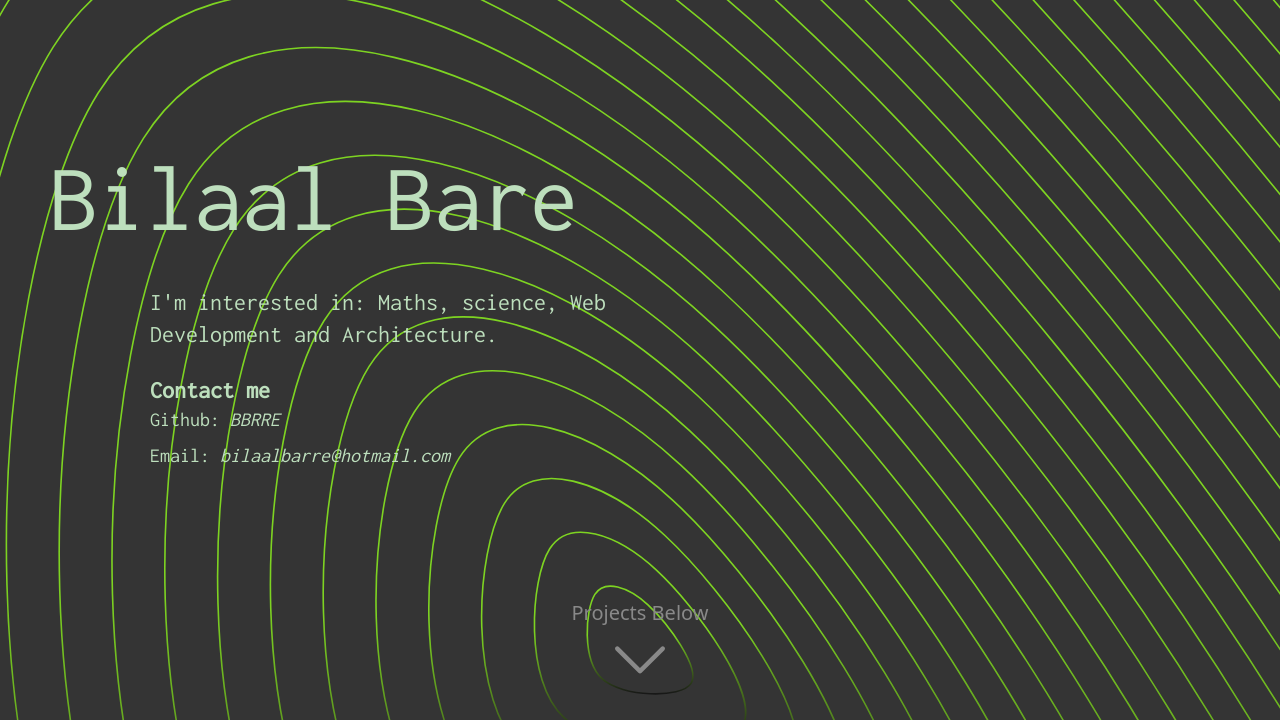
Repository: BBRRE/Portfolio-V2
Page: /#/
An editor plug-in stored every save of this project. The page is shown before and after the next save, followed by the edit.
The browser window is 1280 px wide. The pictures show the whole page.
Pictures or frames that could not be fetched are drawn as grey boxes. An inner scrolling area shows only its first screen. Some web fonts or font styles are not loaded; a fallback is used. The project was rebuilt for these pictures with package versions that can differ from the ones it lists, and the page was loaded fresh each time. Also part of the build but not shown: vite.config.js, src/Subjects/Archi.jsx, src/Subjects/CompSci.jsx, src/Subjects/EEng.jsx, src/Subjects/Other.jsx, src/ErrorBoundary.jsx.

Above is the page before, as saved 2024-11-14 17:56:37.

### index.html
<!doctype html>
<html lang="en">
  <head>
    <meta charset="UTF-8" />
    <link rel="icon" type="image/svg+xml" href="src\assets\letter-bb.svg" />
    <link href="https://fonts.googleapis.com/css2?family=Inconsolata&family=Italiana&family=Hubballi&family=Julius+Sans+One&display=swap" rel="stylesheet">
    <link rel="preconnect" href="https://fonts.googleapis.com" />
<link rel="preconnect" href="https://fonts.gstatic.com" crossorigin />
<link
  rel="stylesheet"
  href="https://fonts.googleapis.com/css2?family=Roboto:wght@300;400;500;700&display=swap"
/>
<link
  rel="stylesheet"
  href="https://fonts.googleapis.com/icon?family=Material+Icons"
/>

    <meta name="viewport" content="width=device-width, initial-scale=1.0" />
    <title>Bilaal Bare</title>
  </head>
  <body>
    <div id="root"></div>
    <script type="module" src="/src/main.jsx"></script>
  </body>
</html>

### src/main.jsx
import React from 'react'
import ReactDOM from 'react-dom/client'
import App from './App'
import ErrorBoundary from './ErrorBoundary'
import './index.css'

ReactDOM.createRoot(document.getElementById('root')).render(
  <React.StrictMode>
    <ErrorBoundary>
      <App />
    </ErrorBoundary>
  </React.StrictMode>
)

### src/App.jsx
import { HashRouter as Router, Routes, Route } from 'react-router-dom';
import Archi from './Subjects/Archi.jsx'
import CompSci from './Subjects/CompSci.jsx'
import EEng from './Subjects/EEng.jsx'
import Other from './Subjects/Other.jsx'
import { HomePage } from './HomePage'
import { useState, useEffect } from 'react'

function App() {
  useEffect(() => {
    console.log('App component mounted')
  }, [])

  return (
    <Router>
        <Routes>
          <Route path="/" element={<HomePage />} />
          <Route path="/Architecture" element={<Archi />} />
          <Route path="/Electronic-Eng" element={<EEng />} />
          <Route path="/Computer-Sci" element={<CompSci />} />
          <Route path="/Other" element={<Other />} />
        </Routes>
    </Router>
  )
}

export default App

### src/index.css
@tailwind base;
@tailwind components;
@tailwind utilities;

@layer utilities {
  .bg-dot-pattern {
    background-image: radial-gradient(circle, rgba(0, 0, 0, 0.2) 1px, transparent 1px);
    background-size: 50px 50px; /* Adjust the spacing here */
  }
}

### src/HomePage.jsx
import React from 'react'
import ProjectsOverview from './Projects Overview';
import arrow from "./assets/down-arrow-svgrepo-com.svg";
import wrd from "./assets/uuundulate.svg"

export const HomePage = () => {
  return (
    <div className='h-screen w-full overflow-y-scroll snap-y snap-mandatory '>
      <div className='snap-start'>
        <div className='flex flex-col w-full h-screen snap-center relative overflow-hidden text-[#bddfbd]'>
          <img
            src={wrd}
            alt="Background wave"
            className='absolute scale-x-[-1]  md:right-0 top-0 w-full -z-10 md:w-auto'
          />

          <div className='px-4 md:px-0'>
            <h1 className='font-inconsolata text-4xl md:text-8xl mt-24 md:mt-[150px] md:ml-[50px] z-10'>
              Bilaal Bare
            </h1>

            <p className='font-inconsolata text-lg md:text-2xl w-full md:w-[500px] md:ml-[150px] mt-4 md:mt-[40px] mb-6 z-10'>
              I'm interested in: Maths, science, Web Development and Architecture.

            </p>

            <div className='ml-4 md:ml-[150px] z-10'>
              <h2 className='font-inconsolata text-xl md:text-2xl font-bold'>Contact me</h2>
              <ul className='font-inconsolata text-base md:text-xl space-y-2'>
                <li>
                  Github: <a
                    className='italic hover:text-blue-600 transition-colors'
                    href="https://github.com/BBRRE"
                    target="_blank"
                    rel="noopener noreferrer"
                  >
                    BBRRE
                  </a>
                </li>
                <li>
                  Email: <a
                    className='italic hover:text-blue-600 transition-colors'
                    href="mailto:bilaalbarre@hotmail.com?subject=Email from Portfolio"
                  >
                    bilaalbarre@hotmail.com
                  </a>
                </li>
              </ul>
            </div>
          </div>

          <div className='flex flex-col mt-auto mb-8 animate-bounce'>
            <h3 className='mx-auto text-lg md:text-xl mb-2 text-[#898989]'>
              Projects Below
            </h3>
            <img
              src={arrow}
              alt="Scroll down arrow"
              className='w-8 md:w-[50px] mt-auto mx-auto'
            />
          </div>
        </div>
      </div>

      <div className='snap-start'>
        <ProjectsOverview />
      </div>
    </div>
  )
}

export default HomePage;

### src/Projects Overview.jsx
import React, { useState } from 'react';
import { useNavigate } from 'react-router-dom';
import archi from "./assets/arch.jpg";
import eeng from "./assets/Schematics.png";
import compsci from "./assets/code.png";
import other from "./assets/ffflux.svg";

const projects = [
    { image: archi, title: "Architecture", alt: "Architecture", font: 'italiana', color: '#F9F7F0' },
    { image: eeng, title: "Electronic-Eng", alt: 'Hardware' , font: 'hubballi', color: '#e5fbe8' },
    { image: compsci, title: "Computer-Sci", alt: 'Front-End', font: 'julius', color: '#B5C0B7' },
    { image: other, title: "Other", alt: "Other", font: 'inconsolata', color: '#F7F0D7' },
];

const ProjectsOverview = () => {
    const [activeIndex, setActiveIndex] = useState(null);
    const [transitioning, setTransitioning] = useState(false);
    const navigate = useNavigate();

    const handleClick = (index, subject) => {
        setActiveIndex(index);
        setTransitioning(true);

        // Navigate after animation completes
        setTimeout(() => {
            navigate(subject);
        }, 900); // Match this with your transition duration
    };

    return (
        <div className="flex flex-col w-full h-[100vh] bg-[#343434] snap-center overflow-hidden">
            {projects.map((project, index) => (
                <div
                    onClick={() => handleClick(index, project.title)}
                    key={index}
                    style={{
                        backgroundColor: project.color,
                        transition: 'all 0.7s cubic-bezier(0.4, 0, 0.2, 1)',
                        flex: transitioning
                            ? activeIndex === index ? '1 0 100%' : '0 0 0%'
                            : '1 0 25%'
                    }}
                    className={`
                        relative
                        group
                        flex
                        items-center
                        overflow-hidden
                    `}
                >
                    <img
                        src={project.image}
                        alt={project.title}
                        className={`
                            absolute
                            top-0
                            w-full
                            h-[120%]
                            object-cover
                            transition-all
                            duration-1000
                            ease-out
                            ${project.title === "Other"
                                ? "group-hover:-hue-rotate-30"
                                : "group-hover:top-[-20%]"
                            }
                            ${transitioning && activeIndex === index
                                ? "opacity-0 delay-300 duration-150  ease-in"
                                : ""
                            }
                        `}
                    />
                    <h1
                    style={{ fontFamily: project.font }}
                        className={`
                            2xl:text-9xl
                            xl:text-7xl
                            md:text-7xl
                            text-5xl
                            ml-[5%]
                            z-10
                            transition-opacity
                            duration-75
                            ${transitioning && activeIndex === index
                                ? "opacity-0"
                                : "opacity-100"
                            }
                        `}
                    >
                        {project.alt}
                    </h1>
                </div>
            ))}
        </div>
    );
}

export default ProjectsOverview;

### tailwind.config.js
/** @type {import('tailwindcss').Config} */
export default {
    darkMode: ["class"],
    content: ["index.css",
  "./src/**/*.{js,ts,jsx,tsx}",],
  theme: {
  	extend: {
  		backgroundImage: {
  			noise: "url('/src/assets/nnnoise.svg')",
  			undulate: "url('/src/assets/uuundulate.svg')"
  		},
  		fontFamily: {
  			inconsolata: ['Inconsolata', 'monospace'],
  			italiana: ['Italiana', 'serif'],
  			hubballi: ['Hubballi', 'cursive'],
  			julius: ['Julius Sans One"', 'sans-serif']
  		},
      keyframes: {
        fadeIn: {
          '0%': { opacity: '0' },
          '100%': { opacity: '1' },
        },
      }
  	}
  }
}

After the next save:
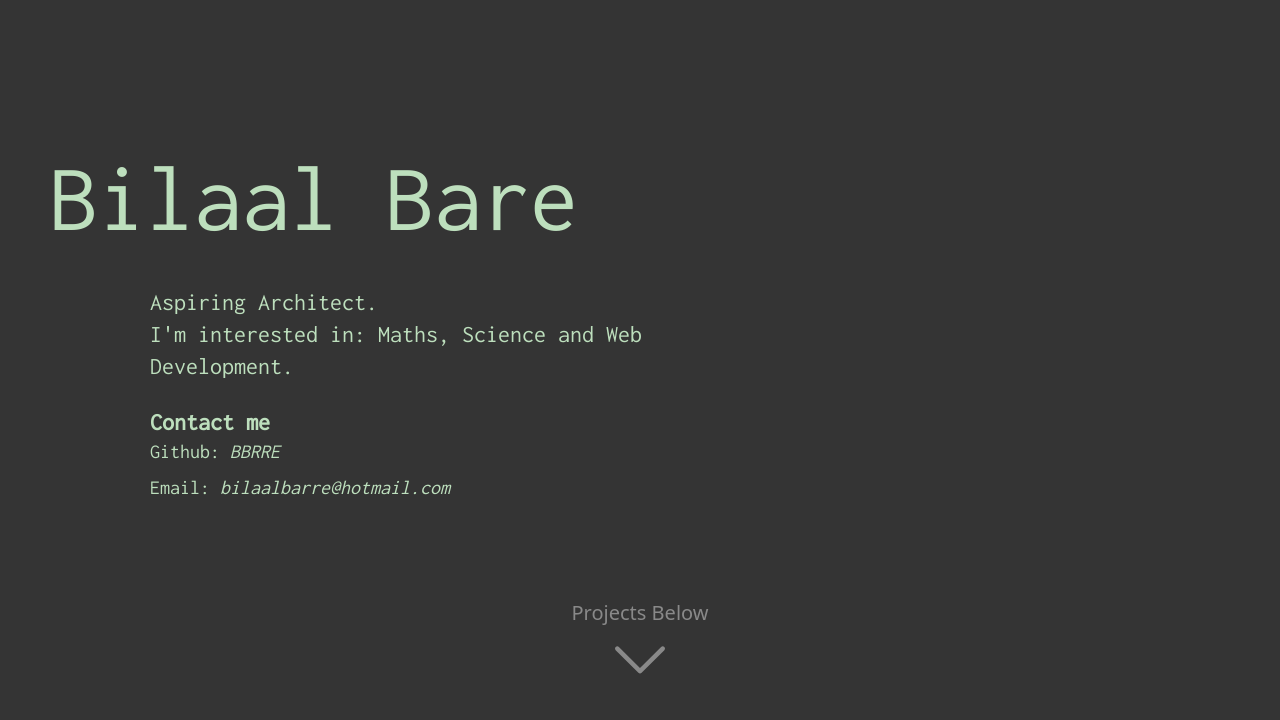
Saved 12 days later.
--- a/src/HomePage.jsx
+++ b/src/HomePage.jsx
@@ -5,7 +5,7 @@ import wrd from "./assets/uuundulate.svg"
 
 export const HomePage = () => {
   return (
-    <div className='h-screen w-full overflow-y-scroll snap-y snap-mandatory '>
+    <div className='h-screen w-full overflow-y-scroll snap-y snap-mandatory bg-[#343434] '>
       <div className='snap-start'>
         <div className='flex flex-col w-full h-screen snap-center relative overflow-hidden text-[#bddfbd]'>
           <img
@@ -20,8 +20,8 @@ export const HomePage = () => {
             </h1>
 
             <p className='font-inconsolata text-lg md:text-2xl w-full md:w-[500px] md:ml-[150px] mt-4 md:mt-[40px] mb-6 z-10'>
-              I'm interested in: Maths, science, Web Development and Architecture.
-
+              Aspiring Architect. <br/>
+              I'm interested in: Maths, Science and Web Development.
             </p>
 
             <div className='ml-4 md:ml-[150px] z-10'>
